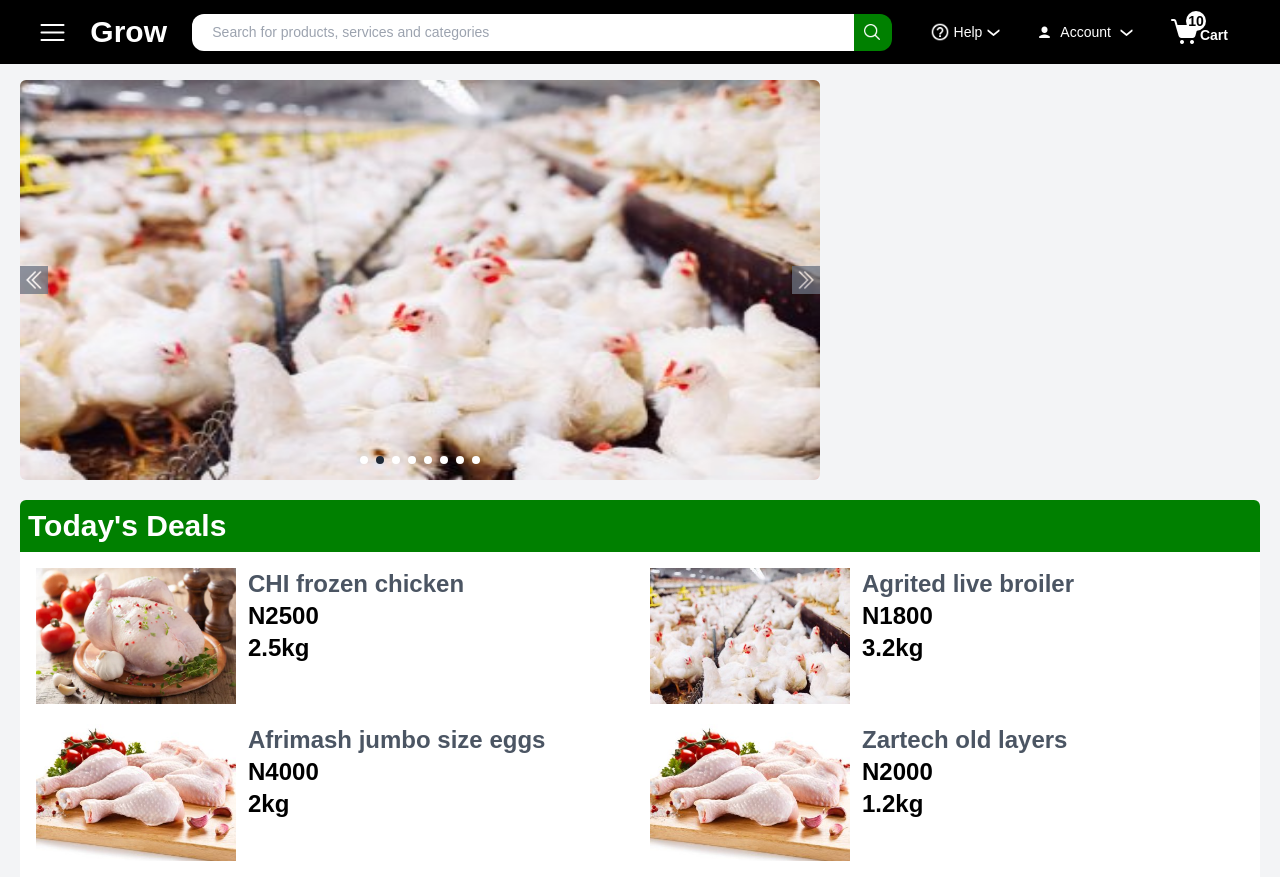
Repository: IssaMuiz/ifarmstock
Page: /
These files come from the project's save history. The page is drawn as it stood at one moment and after the next save; the edit follows.
The browser window is 1280 px wide. The pictures show the whole page.
The project was rebuilt for these pictures with package versions that can differ from the ones it lists, and the page was loaded fresh each time. The framework's server and built-in components were replaced by stand-ins that run in the browser. Also part of the build but not shown: next.config.mjs.

Above is the page before, as saved 2024-08-30 02:19:37.

### app/layout.tsx
import "@/styles/globals.css";

export const metadata = {
  title: "Grow",
  description: "Livestock farming e-commerce application",
};

export default function RootLayout({
  children,
}: {
  children: React.ReactNode;
}) {
  return (
    <html lang="en">
      <body className="bg-gray-100 h-auto w-auto">
        <section>{children}</section>
      </body>
    </html>
  );
}

### app/page.tsx
"use client";
import ProductCardToday from "@/components/productcardToday";
import ProductSlider from "@/components/productSlider";
import ClientLayout from "@/components/clientLayout";

const Home = () => {
  return (
    <ClientLayout>
      <div className="pt-20 mx-5">
        <div>
          <ProductSlider />

          <div className="bgColor text w-full h-auto mt-5 text-3xl p-2 rounded-t-md font-semibold">
            Today&#39;s Deals
          </div>
          <ProductCardToday />
        </div>
      </div>
    </ClientLayout>
  );
};

export default Home;

### styles/globals.css
@tailwind base;
@tailwind components;
@tailwind utilities;

.scrollbar {
  scrollbar-width: thin;
  scrollbar-color: gray #313131;
}

.bgColor {
  background-color: green;
}

.text {
  color: white;
}

body {
  font-family: Arial, Helvetica, sans-serif;
  font-size: 14px;
}

### components/productcardToday.tsx
import Image from "next/image";
import poultryProduct from "../models/poultryProduct.json";
const ProductCardToday = () => {
  return (
    <div className="bg-white h-auto p-4">
      <div className="grid grid-cols-2 gap-5">
        {poultryProduct.map((product, index) => (
          <div key={index} className="flex gap-3">
            <Image src={product.image} alt="poultry" width={200} height={200} />
            <div className="text-2xl font-semibold">
              <p className="text-gray-600">{product.name}</p>
              <p>N{product.Price}</p>
              <p>{product.weight}</p>
            </div>
          </div>
        ))}
      </div>
    </div>
  );
};

export default ProductCardToday;

### components/productSlider.tsx
"use client";
import Image from "next/image";
import { useEffect, useState } from "react";

const ProductSlider = () => {
  const images = [
    "/assets/images/poultry-image1-slider.jpg",
    "/assets/images/poultry-image2-slider.jpg",
    "/assets/images/poultry-image3-slider.jpg",
    "/assets/images/poultry-image4-slider.jpg",
    "/assets/images/poultry-image5-slider.jpg",
    "/assets/images/poultry-image6-slider.jpg",
    "/assets/images/poultry-image7-slider.jpg",
    "/assets/images/catfish-image1-slider.jpg",
  ];

  const [index, setIndex] = useState(0);

  const handleSliceNext = () => {
    setIndex((index + 1) % images.length);
  };
  const handleSlicePrev = () => {
    setIndex((index - 1) % images.length);
  };

  const handleIndicatorClick = (i: number) => {
    setIndex(i);
  };

  useEffect(() => {
    const intervalId = setInterval(() => {
      handleSliceNext();
    }, 5000);
    return () => clearInterval(intervalId);
  }, [index]);
  return (
    <div className="relative w-[800px] overflow-hidden">
      <div
        className="flex transition-transform duration-500 ease-in-out"
        style={{ transform: `translateX(-${index * 100}%)` }}
      >
        {images.map((image, i) => (
          <div key={i} className="min-w-full">
            <Image
              className="h-[400px] rounded-md"
              src={image}
              alt={`Slide ${i + 1}`}
              width={800}
              height={200}
            />
          </div>
        ))}
      </div>
      <button
        type="button"
        onClick={handleSlicePrev}
        className="absolute left-0 top-1/2 tranform -translate-y-1/2 bg-gray-500 text-white px-1 py-1 opacity-75 hover:opacity-100 transition-opacity"
      >
        <Image
          className=""
          src="/assets/icons/arrow-left.png"
          alt="arrow-right-icon"
          width={20}
          height={20}
        />
      </button>
      <button
        type="button"
        onClick={handleSliceNext}
        className="absolute right-0 top-1/2 tranform -translate-y-1/2 bg-gray-500 text-white px-1 py-1 opacity-75 hover:opacity-100 transition-opacity"
      >
        <Image
          className=""
          src="/assets/icons/right-arrow.png"
          alt="arrow-right-icon"
          width={20}
          height={20}
        />
      </button>
      <div className="absolute bottom-4 left-0 right-0 flex justify-center space-x-2">
        {images.map((_, i) => (
          <button
            key={i}
            onClick={() => handleIndicatorClick(i)}
            className={`w-2 h-2 rounded-full ${
              index === i ? "bg-gray-800" : "bg-white"
            }`}
          />
        ))}
      </div>
    </div>
  );
};

export default ProductSlider;

### components/clientLayout.tsx
"use client";
import Navbar from "@/components/navbar";
import Sidenav from "@/components/sidenav";
import { useState, createContext } from "react";

export const SidebarContext = createContext({
  isOpen: false,
  toggleSidebar: () => {},
});

const ClientLayout = ({ children }: { children: React.ReactNode }) => {
  const [isOpen, setIsOpen] = useState(false);

  const toggleSidebar = () => {
    setIsOpen((prev) => !prev);
  };
  return (
    <SidebarContext.Provider value={{ isOpen, toggleSidebar }}>
      <Navbar />
      <Sidenav />
      <section
        className={`transition-opacity duration-300 ease-in-out ${
          isOpen
            ? "opacity-50 pointer-events-auto"
            : "opacity-100 pointer-events-none"
        }`}
      >
        {children}
      </section>
    </SidebarContext.Provider>
  );
};

export default ClientLayout;

### models/poultryProduct.json
[
  {
    "image": "/assets/images/poultry-image1-slider.jpg",
    "name": "CHI frozen chicken",
    "Price": "2500",
    "weight": "2.5kg"
  },
  {
    "image": "/assets/images/poultry-image2-slider.jpg",
    "name": "Agrited live broiler",
    "Price": "1800",
    "weight": "3.2kg"
  },
  {
    "image": "/assets/images/poultry-image5-slider.jpg",
    "name": "Afrimash jumbo size eggs",
    "Price": "4000",
    "weight": "2kg"
  },
  {
    "image": "/assets/images/poultry-image5-slider.jpg",
    "name": "Zartech old layers",
    "Price": "2000",
    "weight": "1.2kg"
  }
]

### components/navbar.tsx
"use client";
import Image from "next/image";
import { useContext } from "react";
import { SidebarContext } from "./clientLayout";
const Navbar = () => {
  const { toggleSidebar } = useContext(SidebarContext);
  return (
    <nav className="fixed bg-black text w-full h-16 flex items-center justify-between top-0 left-0 right-0 px-10 z-10">
      <button onClick={toggleSidebar}>
        <svg
          className="fill-white hover:fill-[green] cursor-pointer"
          xmlns="http://www.w3.org/2000/svg"
          viewBox="0 0 50 50"
          width="25px"
          height="25px"
        >
          <path d="M 3 8 A 2.0002 2.0002 0 1 0 3 12 L 47 12 A 2.0002 2.0002 0 1 0 47 8 L 3 8 z M 3 23 A 2.0002 2.0002 0 1 0 3 27 L 47 27 A 2.0002 2.0002 0 1 0 47 23 L 3 23 z M 3 38 A 2.0002 2.0002 0 1 0 3 42 L 47 42 A 2.0002 2.0002 0 1 0 47 38 L 3 38 z" />
        </svg>
      </button>
      <div className="Leftnav text text-3xl font-semibold cursor-pointer ml-5">
        Grow
      </div>
      <div className="Middlenav flex flex-1 mx-5 max-w-[700px] items-center">
        <input
          className=" px-5 py-2 w-full rounded-l-xl text-black outline-none"
          type="text"
          placeholder="Search for products, services and categories"
        />
        <div className="h-[37px] w-10 bgColor pt-2 pl-2 rounded-r-xl cursor-pointer">
          <Image
            className=""
            src="/assets/icons/search.png"
            alt="search-icon"
            width={20}
            height={20}
          />
        </div>
      </div>
      <div className="Rightnav flex items-center justify-between gap-3">
        <div className="flex items-center gap-1 cursor-pointer rounded-md p-3 hover:bg-[green]">
          <Image
            src="/assets/icons/help.png"
            alt="help-icon"
            width={20}
            height={20}
          />
          <p className="">Help</p>
          <Image
            src="/assets/icons/arrow-down.png"
            alt="help-icon"
            width={15}
            height={15}
          />
        </div>
        <div className="flex items-center gap-2  cursor-pointer rounded-md p-3 hover:bg-[green]">
          <Image
            src="/assets/icons/account.png"
            alt="help-icon"
            width={15}
            height={15}
          />
          <p>Account</p>
          <Image
            src="/assets/icons/arrow-down.png"
            alt="help-icon"
            width={15}
            height={15}
          />
        </div>
        <div className="flex relative cursor-pointer p-3 hover:bg-[green] rounded-md">
          <Image
            src="/assets/icons/cart.png"
            alt="cart-icon"
            width={30}
            height={20}
          />
          <p className="bg-white h-5 w-5 rounded-full text-black absolute left-7 bottom-7 text-center font-semibold">
            10
          </p>
          <p className="font-semibold mt-2 ">Cart</p>
        </div>
      </div>
    </nav>
  );
};

export default Navbar;

### components/sidenav.tsx
"use client";
import Image from "next/image";
import Link from "next/link";
import { useState } from "react";
import { useContext } from "react";
import { SidebarContext } from "./clientLayout";
const Sidenav = () => {
  const [categories, setCategories] = useState([
    {
      id: "1",
      name: "Broiler",
      expanded: false,
      arrowIcon: "/assets/icons/arrow-icon--right.png",
      dropdownlink: [
        { name: "Day old chicks", link: "/" },
        { name: "matured broilers", link: "/" },
        { name: "frozen chicken", link: "/" },
      ],
    },
    {
      id: "2",
      name: "Layers",
      expanded: false,
      arrowIcon: "/assets/icons/arrow-icon--right.png",
      dropdownlink: [
        { name: "pullet", link: "/" },
        { name: "Point of lay", link: "/" },
        { name: "Old layers", link: "/" },
      ],
    },
    {
      id: "3",
      name: "Catfish",
      expanded: false,

      arrowIcon: "/assets/icons/arrow-icon--right.png",
      dropdownlink: [
        { name: "fingerlings/juvenile", link: "/" },
        { name: "Matured catfish", link: "/" },
        { name: "smoked catfish", link: "/" },
      ],
    },
  ]);

  const handleDropdown = (id: string) => {
    setCategories((prev) =>
      prev.map((category) =>
        category.id === id
          ? { ...category, expanded: !category.expanded }
          : category
      )
    );
  };

  const { isOpen, toggleSidebar } = useContext(SidebarContext);
  return (
    <nav
      className={`fixed h-auto left-0 top-0 bottom-0 w-[300px] transform transition-transform duration-300 bg-gray-100 mt-20 ${
        isOpen ? "translate-x-0" : "-translate-x-full"
      }`}
    >
      <div>
        {categories.map((category) => (
          <div onClick={() => handleDropdown(category.id)} key={category.id}>
            <div className="text-xl flex justify-between items-center font-semibold bg-gray-200 mt-5 p-2 cursor-pointer">
              <div>{category.name}</div>

              <Image
                className={`${
                  category.expanded &&
                  "rotate-90 duration-300 transition-transform"
                } h-4 w-4`}
                src={category.arrowIcon}
                alt="arrow-icon"
                width={3}
                height={3}
              />
            </div>

            <div>
              {category.expanded && (
                <div>
                  {category.dropdownlink.map((dropdown, index) => (
                    <Link className="" key={index} href={dropdown.link}>
                      <div> {dropdown.name}</div>
                    </Link>
                  ))}
                </div>
              )}
            </div>
          </div>
        ))}
      </div>
      <button onClick={toggleSidebar}>X</button>
    </nav>
  );
};

export default Sidenav;

Loaded but not shown: tailwind.config.ts (common file)

After the next save:
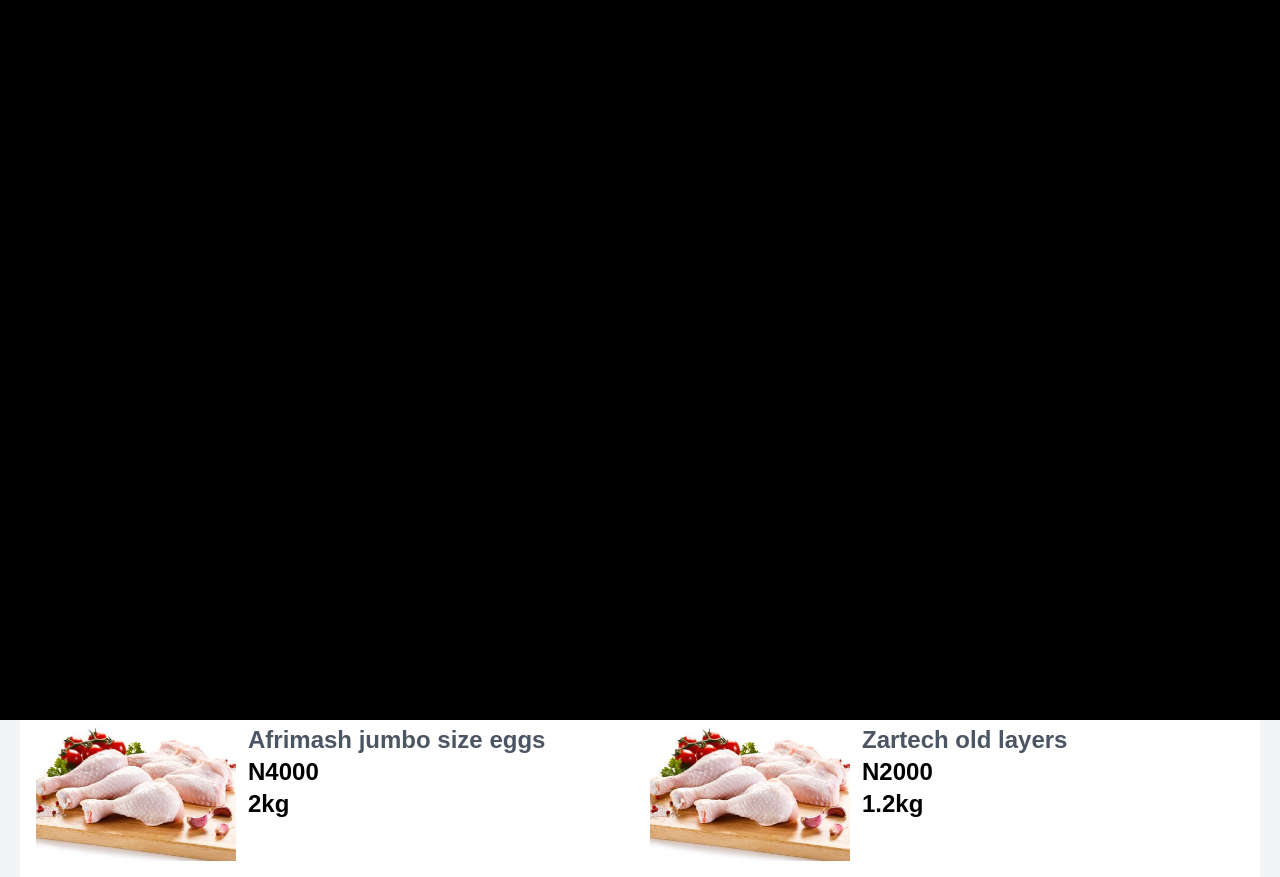
Saved 7 min 5 s later.
--- a/components/clientLayout.tsx
+++ b/components/clientLayout.tsx
@@ -18,11 +18,17 @@ const ClientLayout = ({ children }: { children: React.ReactNode }) => {
     <SidebarContext.Provider value={{ isOpen, toggleSidebar }}>
       <Navbar />
       <Sidenav />
-      <section
-        className={`transition-opacity duration-300 ease-in-out ${
+      <div
+        className={`fixed inset-0 bg-black transition-opacity duration-300 ease-in-out z-10 ${
           isOpen
             ? "opacity-50 pointer-events-auto"
             : "opacity-100 pointer-events-none"
+        }`}
+        onClick={toggleSidebar}
+      ></div>
+      <section
+        className={`relative z-0 transition-opacity duration-300 ease-in-out ${
+          isOpen ? "opacity-50" : "opacity-100"
         }`}
       >
         {children}
